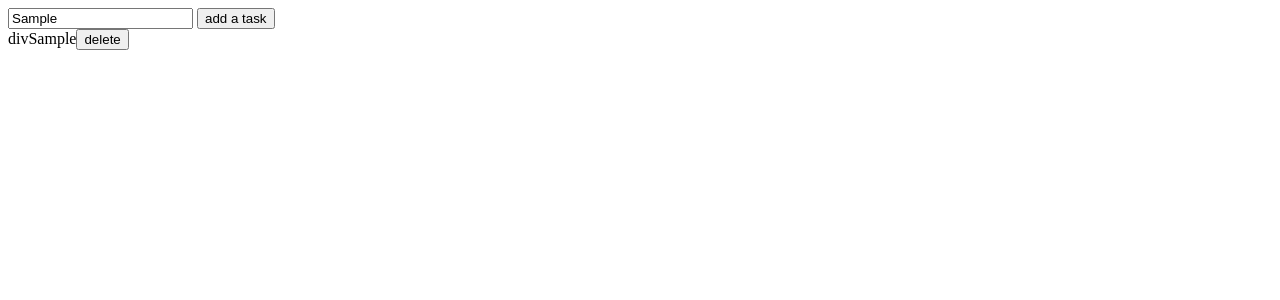
Repository: tanayburbure/Todo-application
Page: index.html
The author's editor kept a copy of each file at every save. The page is drawn from the files as they stood at one save, then again after the next save.
The browser window is 1280 px wide. The pictures show the whole page.
Empty fields were first filled with sample values (such as "Sample", 5 or name@example.com).
After loading, the first visible `button` was clicked once.

Above is the page before, as saved 2025-10-21 16:34:18.

### index.html
<!DOCTYPE html>
<html lang="en">
<head>
    <meta charset="UTF-8">
    <meta name="viewport" content="width=device-width, initial-scale=1.0">
    <title>Document</title>
</head>
<body>
    <input type="text" placeholder="add task"/>
    <button onclick="addtodo()" >add a task</button>


    <script src="script.js"></script>
</body>
</html>

### script.js
// let ctr = 0;
// function callback(){
//     document.querySelectorAll("h4")[1].innerHTML = ctr;
//     const el = document.querySelectorAll("h4")[1];
//     el.innerHTML = ctr;
//     ctr = ctr + 1;
// }
// // setInterval(callback,1000)

// function deleterandometodo(){
//     const element = document.querySelector("h4");
//     const parentelement = element.parentElement;
//     parentelement.removeChild(element)
// }

// function addTodo(){
//     const divEL = document.createElement("div");
//     divEL.innerHTML = "Hiiiiiiiiiiiii thereeeeeeee";
//     const parentEL = document.querySelector("body");
//     parentEL.appendChild(divEL);
// }


function addtodo(){
    const inputEL = document.querySelector("input")
    const value = inputEL.value


    const newDivEL = document.createElement("div")
    newDivEL.innerHTML = "div" + value + "</div><button>delete</button>";
    document.querySelector("body").appendChild(newDivEL)
}

After the next save:
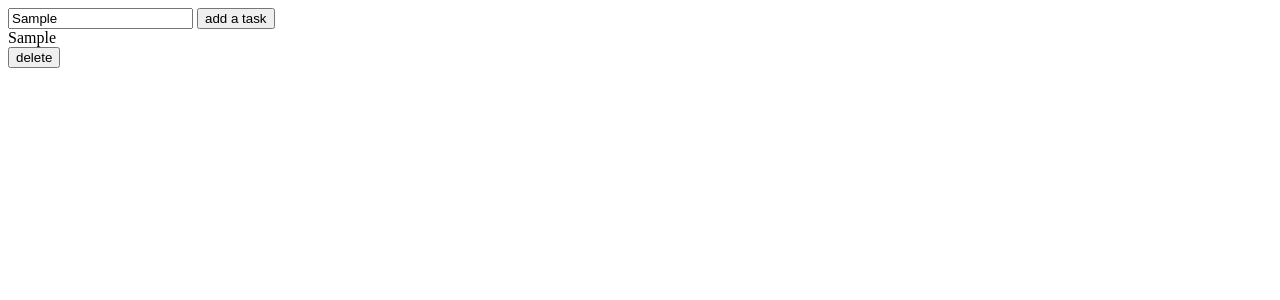
Saved 20 s later.
--- a/script.js
+++ b/script.js
@@ -27,6 +27,6 @@ function addtodo(){
 
 
     const newDivEL = document.createElement("div")
-    newDivEL.innerHTML = "div" + value + "</div><button>delete</button>";
+    newDivEL.innerHTML = "<div>" + value + "</div><button>delete</button>";
     document.querySelector("body").appendChild(newDivEL)
 }
